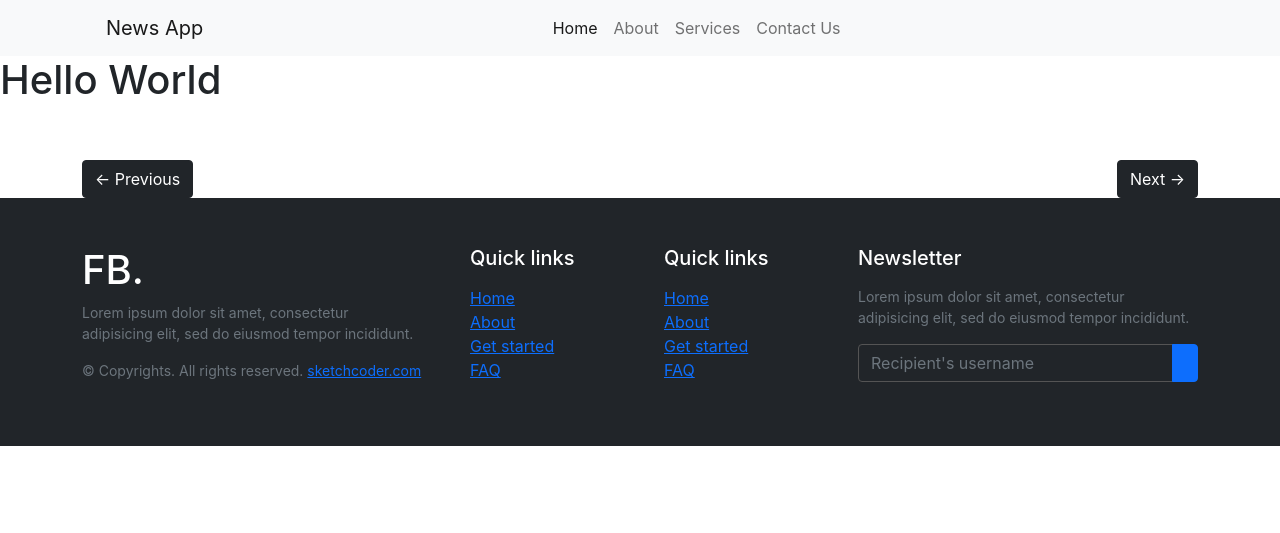
Repository: ZainAkbar51214/News-Site
Page: /
An editor plug-in stored every save of this project. The page is shown before and after the next save, followed by the edit.
The browser window is 1280 px wide. The pictures show the whole page.
The page's requests for data from a server got no answer. The project was rebuilt for these pictures with package versions that can differ from the ones it lists, and the page was loaded fresh each time. A package was used in the major version that the imports need, not the one package.json lists. No one was signed in, and anything a server would have sent is missing. Also part of the build but not shown: src/Components/pages/About.jsx, src/App.css, src/Components/Layouts/NewsItem.js.

Above is the page before, as saved 2023-12-17 02:28:42.

### public/index.html
<!DOCTYPE html>
<html lang="en">
  <head>
    <meta charset="utf-8" />
    <link rel="icon" href="%PUBLIC_URL%/favicon.ico" />
    <meta name="viewport" content="width=device-width, initial-scale=1" />
    <meta name="theme-color" content="#000000" />
    <meta
      name="description"
      content="Web site created using create-react-app"
    />
    <link rel="apple-touch-icon" href="%PUBLIC_URL%/logo192.png" />

    <link rel="manifest" href="%PUBLIC_URL%/manifest.json" />

    <title>News App</title>
    <!-- Bootstrap cdn -->
    <link href="https://cdn.jsdelivr.net/npm/bootstrap@5.0.2/dist/css/bootstrap.min.css" rel="stylesheet" integrity="sha384-EVSTQN3/azprG1Anm3QDgpJLIm9Nao0Yz1ztcQTwFspd3yD65VohhpuuCOmLASjC" crossorigin="anonymous">
  </head>
  <body>
    <noscript>You need to enable JavaScript to run this app.</noscript>
    <div id="root"></div>


    <!-- Bootstrap Script -->
    <script src="https://cdn.jsdelivr.net/npm/@popperjs/core@2.9.2/dist/umd/popper.min.js" integrity="sha384-IQsoLXl5PILFhosVNubq5LC7Qb9DXgDA9i+tQ8Zj3iwWAwPtgFTxbJ8NT4GN1R8p" crossorigin="anonymous"></script>
<script src="https://cdn.jsdelivr.net/npm/bootstrap@5.0.2/dist/js/bootstrap.min.js" integrity="sha384-cVKIPhGWiC2Al4u+LWgxfKTRIcfu0JTxR+EQDz/bgldoEyl4H0zUF0QKbrJ0EcQF" crossorigin="anonymous"></script>
  </body>
</html>

### src/App.js
import React from "react";
import {
  BrowserRouter,
  Routes,
  Route
} from "react-router-dom";
import Home from './Components/pages/Home';
import Navbar from './Components/Header/Navbar';
import Footer from './Components/Footer/Footer';
import About from "./Components/pages/About";
import News from "./Components/Layouts/News";

function App() {
  return (
    <BrowserRouter>
      <Navbar />
        <Routes>
          <Route path="/" element={<Home />}></Route>
          <Route path="/about" element={<About />}></Route>
        </Routes>
        <News />
      <Footer />
  </BrowserRouter>
  );
}

export default App;

### src/Components/pages/Home.jsx
import React, { Component } from 'react';

class Home extends Component {
    render() {
        return (
            <div>
                <h1>Hello World</h1>
            </div>
        );
    }
}

export default Home;

### src/Components/Header/Navbar.jsx
import React, { Component } from 'react';
import { Link } from 'react-router-dom';

class Navbar extends Component {
    render() {
        return (
            <div>
                <div className="container-fluid bg-light">
                <div className="container">
                    <div className="row">
                        <div className="col-md-12">
                            <nav className="navbar navbar-expand-lg navbar-light">
                                <div className="container-fluid">
                                    <Link className="navbar-brand" to="/">News App</Link>
                                    <button className="navbar-toggler" type="button" data-bs-toggle="collapse" data-bs-target="#navbarSupportedContent" aria-controls="navbarSupportedContent" aria-expanded="false" aria-label="Toggle navigation">
                                        <span className="navbar-toggler-icon"></span>
                                    </button>
                                    <div className="collapse navbar-collapse" id="navbarSupportedContent">
                                        <ul className="navbar-nav mx-auto mb-2 mb-lg-0">
                                            <li className="nav-item">
                                                <Link className="nav-link active" aria-current="page" to="/">Home</Link>
                                            </li>
                                            <li className="nav-item">
                                                <Link className="nav-link" to="/about">About</Link>
                                            </li>
                                            <li className="nav-item">
                                                <Link className="nav-link" to="/services">Services</Link>
                                            </li>
                                            <li className="nav-item">
                                                <Link className="nav-link" to="/contact-us">Contact Us</Link>
                                            </li>
                                        </ul>
                                    </div>
                                </div>
                            </nav>
                        </div>
                    </div>
                </div>
            </div>
            </div>
        );
    }
}

export default Navbar;

### src/Components/Footer/Footer.jsx
import React from "react";
import { Link } from "react-router-dom";
import '../Footer/Footer.css';

const Navbar = () => {
    return (
        <>
            <div className="d-flex flex-column h-100">
                {/* <!-- FOOTER --> */}
                <footer className="w-100 py-4 flex-shrink-0">
                    <div className="container py-4">
                        <div className="row gy-4 gx-5">
                            <div className="col-lg-4 col-md-6">
                                <h5 className="h1 text-white">FB.</h5>
                                <p className="small text-muted">Lorem ipsum dolor sit amet, consectetur adipisicing elit, sed do eiusmod tempor incididunt.</p>
                                <p className="small text-muted mb-0">&copy; Copyrights. All rights reserved. <Link className="text-primary" to="https://sketchcoder.com" target="_blank">sketchcoder.com</Link></p>
                            </div>
                            <div className="col-lg-2 col-md-6">
                                <h5 className="text-white mb-3">Quick links</h5>
                                <ul className="list-unstyled text-muted">
                                    <li><Link to="#">Home</Link></li>
                                    <li><Link to="#">About</Link></li>
                                    <li><Link to="#">Get started</Link></li>
                                    <li><Link to="#">FAQ</Link></li>
                                </ul>
                            </div>
                            <div className="col-lg-2 col-md-6">
                                <h5 className="text-white mb-3">Quick links</h5>
                                <ul className="list-unstyled text-muted">
                                    <li><Link to="#">Home</Link></li>
                                    <li><Link to="#">About</Link></li>
                                    <li><Link to="#">Get started</Link></li>
                                    <li><Link to="#">FAQ</Link></li>
                                </ul>
                            </div>
                            <div className="col-lg-4 col-md-6">
                                <h5 className="text-white mb-3">Newsletter</h5>
                                <p className="small text-muted">Lorem ipsum dolor sit amet, consectetur adipisicing elit, sed do eiusmod tempor incididunt.</p>
                                <form action="#">
                                    <div className="input-group mb-3">
                                        <input className="form-control" type="text" placeholder="Recipient's username" aria-label="Recipient's username" aria-describedby="button-addon2" />
                                        <button className="btn btn-primary" id="button-addon2" type="button"><i className="fas fa-paper-plane"></i></button>
                                    </div>
                                </form>
                            </div>
                        </div>
                    </div>
                </footer>
            </div>
        </>
    )
}

export default Navbar;

### src/Components/Layouts/News.js
import React, { Component } from 'react';
import NewsItem from './NewsItem';

class News extends Component {

    constructor(){
        super();
        this.state = {
            articles: [],
            loading: false
        }
    }

    async componentDidMount(){
        let url = "https://newsapi.org/v2/top-headlines?apiKey=ad02bf3d34a0416cb244eb374fced0bb&q=news";
        let data = await fetch(url);
        let passData = await data.json();
        console.log(passData);
        this.setState({articles: passData.articles})

    }

    handPrevClick = () => {
        console.log("prev");
    }
    handNextClick = () => {
        console.log("Next");
    }



    render() {
        return (
            <div className='container-fluid'>
                <div className='container'>
                    <div className='row'>
                        {this.state.articles.map((element) => {
                           return element.urlToImage?<div className='col-lg-4 col-md-6 mt-5' key={element.url}>
                           <NewsItem title={element.title?element.title.slice(0, 45): ""} description={element.description?element.description.slice(0, 86): ""} imageUrl={element.urlToImage} newsUrl={element.url} />
                       </div>
                       :""
                        })}

                    </div>

                   <div className='row'>
                   <div className='col-lg-12 d-flex justify-content-between mt-5'>
                        <button type='button' className='btn btn-dark' onClick={this.handPrevClick}>&larr; Previous</button>
                        <button type='button' className='btn btn-dark' onClick={this.handNextClick}>Next &rarr;</button>
                    </div>
                   </div>
                </div>
            </div>
        );
    }
}

export default News;

### src/Components/Footer/Footer.css
/* ==========================================
    FOR DEMO PURPOSE
  ========================================== */

  .text-small {
    font-size: 0.9rem;
  }

  .form-control {
    background: #212529;
    border-color: #545454;
  }

  .form-control:focus {
    background: #212529;
  }

  footer {
    background: #212529;
  }

Loaded but not shown: src/index.js (common file); src/index.css (common file); src/reportWebVitals.js (common file)

After the next save:
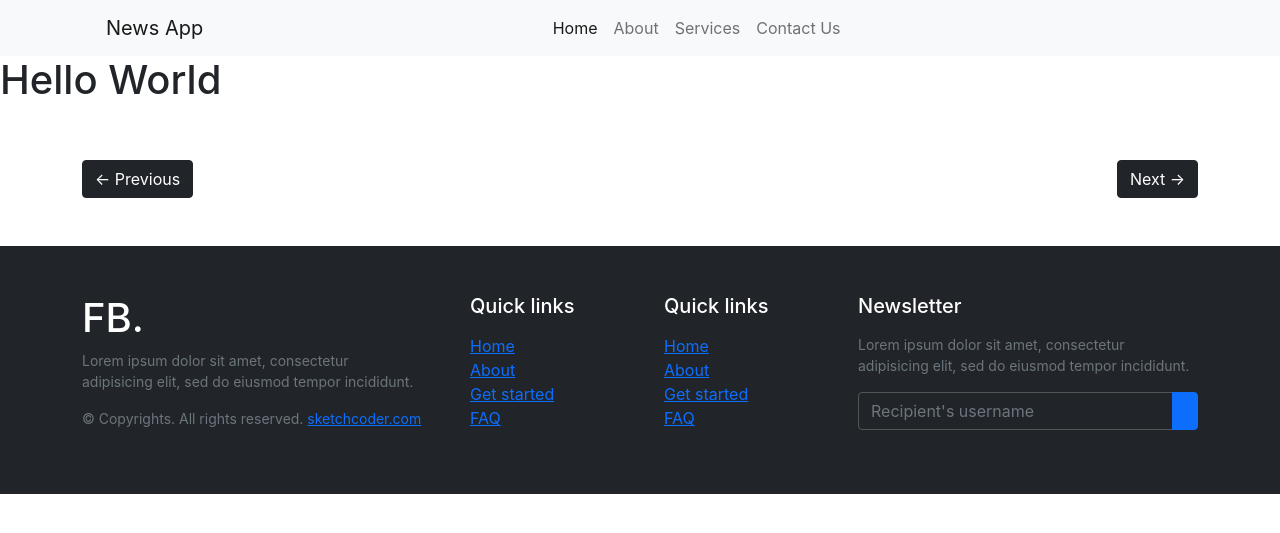
Saved 12 s later.
--- a/src/Components/Layouts/News.js
+++ b/src/Components/Layouts/News.js
@@ -44,7 +44,7 @@ class News extends Component {
                     </div>
 
                    <div className='row'>
-                   <div className='col-lg-12 d-flex justify-content-between mt-5'>
+                   <div className='col-lg-12 d-flex justify-content-between mt-5 mb-5'>
                         <button type='button' className='btn btn-dark' onClick={this.handPrevClick}>&larr; Previous</button>
                         <button type='button' className='btn btn-dark' onClick={this.handNextClick}>Next &rarr;</button>
                     </div>
